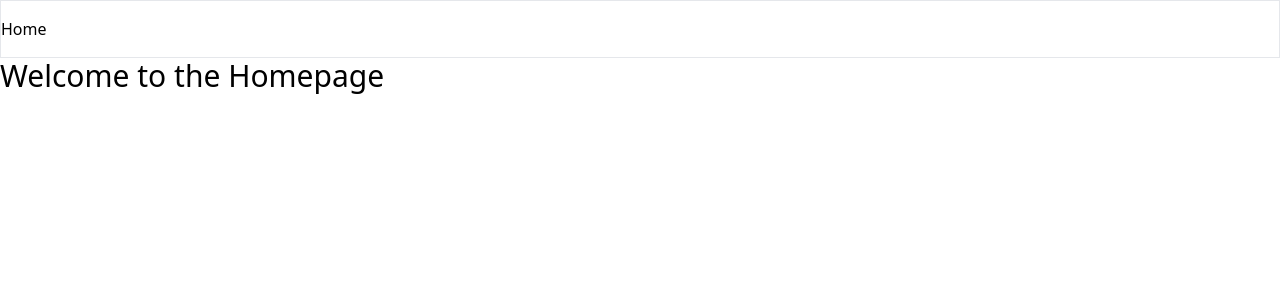
Repository: oderinde300/react-authentication-with-json-server
Page: /
The author's editor kept a copy of each file at every save. The page is drawn from the files as they stood at one save, then again after the next save.
The browser window is 1280 px wide. The pictures show the whole page.
The project was rebuilt for these pictures with package versions that can differ from the ones it lists, and the page was loaded fresh each time. Also part of the build but not shown: src/components/authentication/Login.jsx, src/pages/LoginPage.jsx.

Above is the page before, as saved 2023-03-22 12:27:06.

### src/App.js
import { Routes, Route } from "react-router-dom";
import HomePage from "./pages/HomePage";
import LoginPage from "./pages/LoginPage";

function App() {
  return (
    <div>
      <header>
        <nav className="border py-4">
          <ul>
            <li>Home</li>
          </ul>
        </nav>
      </header>
      <Routes>
        <Route path="/" element={<HomePage />} />
        <Route path="/login" element={<LoginPage />} />
      </Routes>
    </div>
  );
}

export default App;

### src/pages/HomePage.jsx
import React from "react";

const HomePage = () => {
  return (
    <div>
      <h1 className="text-3xl">Welcome to the Homepage</h1>
    </div>
  );
};

export default HomePage;

Loaded but not shown: public/index.html (common file); src/index.js (common file); src/index.css (common file); tailwind.config.js (common file)

After the next save:
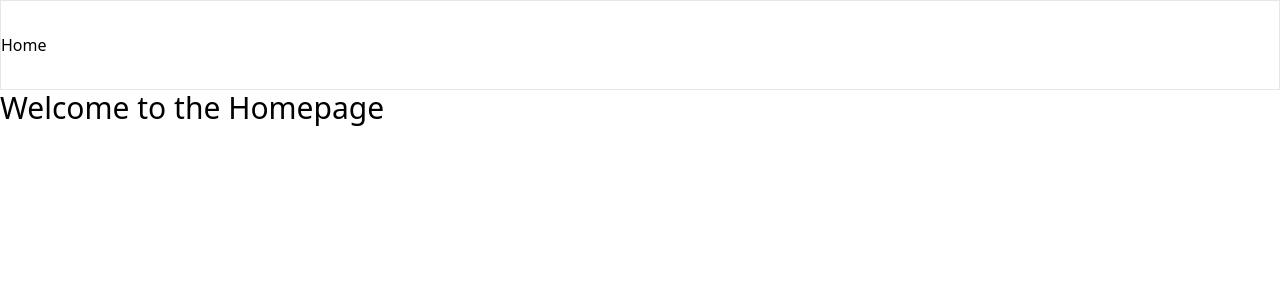
Saved 8 s later.
--- a/src/App.js
+++ b/src/App.js
@@ -6,7 +6,7 @@ function App() {
   return (
     <div>
       <header>
-        <nav className="border py-4">
+        <nav className="border py-8">
           <ul>
             <li>Home</li>
           </ul>
